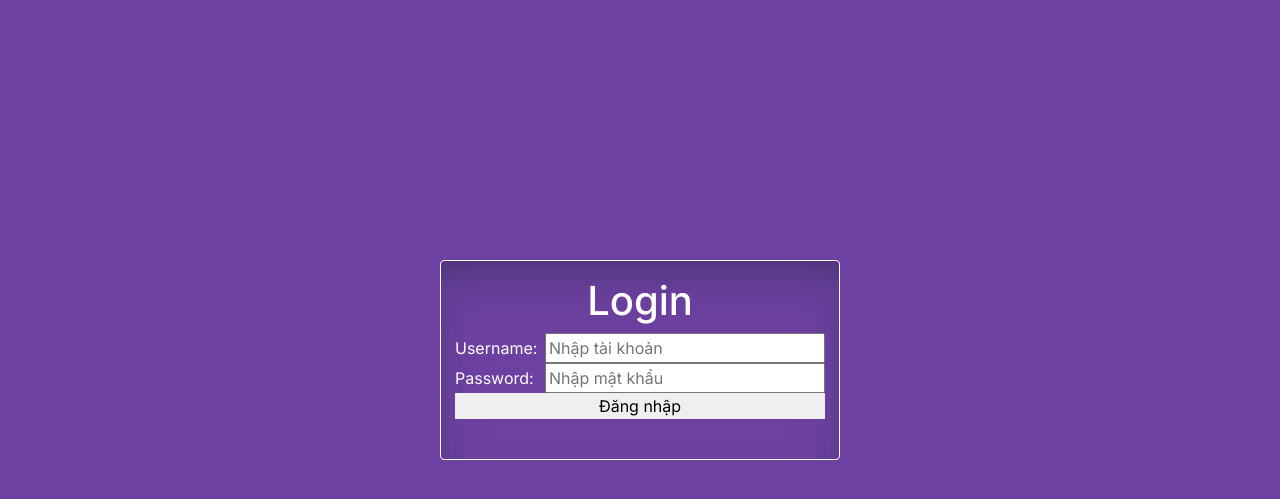
Repository: nghiakma/RFID-RFID-Attendance-System-using-ESP32-Nodejs-Reactjs-Nextjs-
Page: / (app in attendance/)
An editor plug-in stored every save of this project. The page is shown before and after the next save, followed by the edit.
The browser window is 1280 px wide. The pictures show the whole page.
The page's requests for data from a server got no answer. The project was rebuilt for these pictures with package versions that can differ from the ones it lists, and the page was loaded fresh each time. The framework's server and built-in components were replaced by stand-ins that run in the browser. No one was signed in, and anything a server would have sent is missing. Also part of the build but not shown: attendance/next.config.js, attendance/src/styles/home-page.module.css, attendance/src/styles/tab-home.module.css, attendance/src/pages/api/convert-time.js, attendance/src/pages/api/networking.js, attendance/src/pages/tab-home.js, attendance/src/styles/tab-history.module.css, attendance/src/pages/tab-history.js and 6 more.

Above is the page before, as saved 2023-12-21 15:05:13.

After the next save:
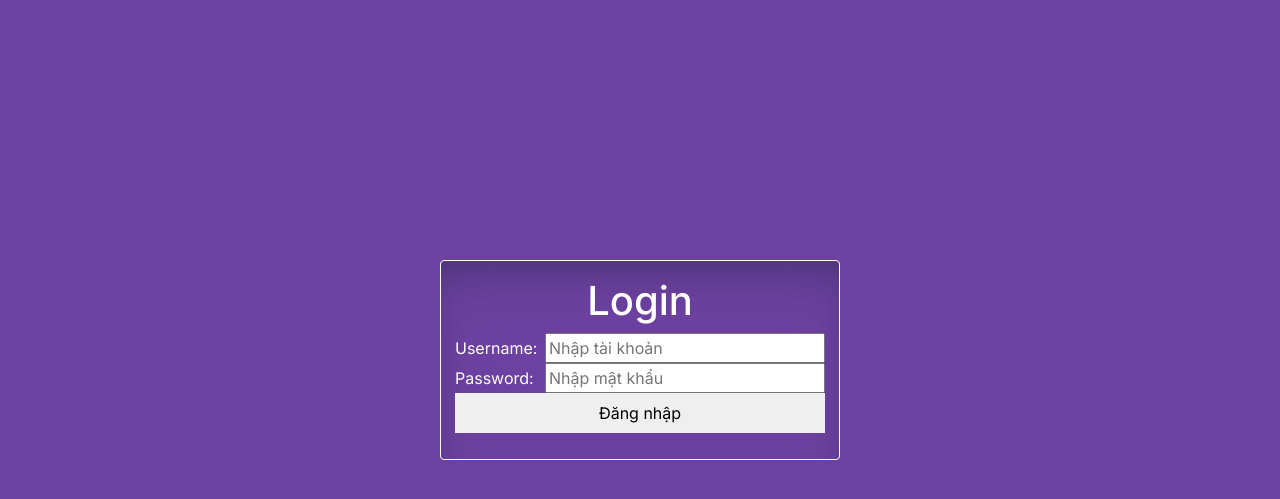
Saved 10 s later.
--- a/attendance/src/pages/login-page.js
+++ b/attendance/src/pages/login-page.js
@@ -40,7 +40,7 @@ const Login = () => {
                             <input style={{flex: '1' }} type="password" className="form-input" placeholder="Nhập mật khẩu"/>
                         </div>
                         <div className="login-button">
-                            <button style={{width: '100%', border: 'none', }}>
+                            <button style={{width: '100%', border: 'none', padding: '8px 10px'}}>
                                 Đăng nhập
                             </button>
                         </div>
